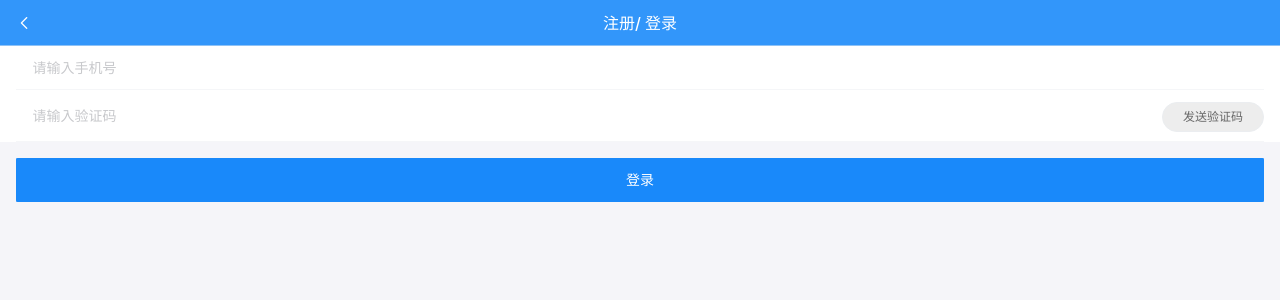
Repository: xn-lb/toutiao-mb
Page: /#/login
An editor plug-in stored every save of this project. The page is shown before and after the next save, followed by the edit.
The browser window is 1280 px wide. The pictures show the whole page.
Some web fonts or font styles are not loaded; a fallback is used. The project was rebuilt for these pictures with package versions that can differ from the ones it lists, and the page was loaded fresh each time. Also part of the build but not shown: vue.config.js.

Above is the page before, as saved 2023-03-23 21:18:38.

### src/main.js
import Vue from 'vue'
import App from './App.vue'
import router from './router'
import store from './store'
// 加载全局样式
import './styles/index.less'
import Vant from 'vant' //加载Vant 组件库
import 'vant/lib/index.css'
import 'amfe-flexible' //加载动态设置  rem 基准值

Vue.use(Vant); //注册使用组件库

Vue.config.productionTip = false

new Vue({
    router,
    store,
    render: h => h(App)
}).$mount('#app')

### src/App.vue
<template>
  <div id="app">
  <!-- 路由的出口 -->
    <router-view></router-view>



  </div>
</template>
<script>
export default {
  name: 'APP'
}
</script>
<style lang="less">

</style>

### src/router/index.js
import Vue from 'vue'
import VueRouter from 'vue-router'



Vue.use(VueRouter)

// 路由表
const routes = [{
        path: '/login',
        name: 'LoginIndex',
        component: () =>
            import ('@/views/login')
    },
    {
        path: '/',
        component: () =>
            import ('@/views/layout/'),
        children: [{
                path: '/qa',
                name: 'qa',
                component: () =>
                    import ('@/views/qa/')
            },
            {
                path: '/video',
                name: 'video',
                component: () =>
                    import ('@/views/video/')
            },
            {
                path: '/my', //默认子路由
                name: 'my',
                component: () =>
                    import ('@/views/my/')
            },
            {
                path: '', //默认子路由
                name: 'home',
                component: () =>
                    import ('@/views/home/')
            }
        ]
    }

]

const router = new VueRouter({
    routes
})

export default router

### src/styles/index.less
// 全局样式文件
// 加载图标样式
@import "./icon.less";

body{
    background-color: #f5f5f9;
}
.app-nav-bar{
    background-color: #3296fa !important;
    .van-nav-bar__title{
        color: #fff;
    }
    .van-icon{
        color:#fff !important;
    }
}

### src/views/login/index.vue
<template>
  <div class="login-container">
    <!-- 导航栏 -->
    <van-nav-bar class="app-nav-bar"
     title=" 注册/ 登录"
     left-arrow
     @click-left="$router.back()"
     />

    <!-- 登录表单 -->
    <van-form >
  <van-field
    v-model="user.mobile"
    name="手机号"
    placeholder="请输入手机号"
   >
      <i slot="left-icon" class="toutiao toutiao-shouji"></i>
   </van-field>
  <van-field
    v-model="user.code"
    name="验证码"
    placeholder="请输入验证码"
  >
   <i slot="left-icon" class="toutiao toutiao-yanzhengma"></i>
   <template #button>
    <van-button size="small" type="default" round class="send-sms-btn">发送验证码</van-button>
  </template>
  </van-field>
  <div style="margin: 16px;">
   <div class="login-btn-wrap">
    <van-button  block type="info" class="login-btn">登录</van-button>
   </div>
  </div>
</van-form>
  </div>
</template>

<script>
import {login} from '@/api/user'

export default {
  name: 'LoginIndex',
  components: {
    onsubmit
  },
  props: {},
  data () {
    return {
      user:{
        mobile:'',//手机号
        code:''//验证码
      }
    }
  },
  computed: {},
  watch: {},
  created () {},
  mounted () {},
  methods: {
    async onsubmit (){
      //1.获取表单数据
      const user = this.user
      //2.表单验证
      //3.提交表单登录
      try{
        const res = await login(user)
        console.log('登录成功', res);
      } catch (err){
        console.log('登录失败', err);
      }

      // 4.根据请求响应结果处理后续操作
    }
  }
}
</script>

<style scoped lang="less">
.page-nav-bar{
  background-color:#3296fa;
}
.login-container{
  .toutiao{
    font-style: 37px;
  }
}
.send-sms-btn{
  background-color: #ededed;
  font-style: 22px;
  color: #666;
  width: 102px;
  height: 30px;
  // line-height: 46;
}
.login-btn-wrap{
  background-color: #6db4fb;
  border: none;
  font-style: 42px;

}
</style>

### src/styles/icon.less
@font-face {
    font-family: "toutiao"; /* Project id 3968849 */
    src: url('//at.alicdn.com/t/c/font_3968849_y288fdc89co.eot?t=1679462277967'); /* IE9 */
    src: url('//at.alicdn.com/t/c/font_3968849_y288fdc89co.eot?t=1679462277967#iefix') format('embedded-opentype'), /* IE6-IE8 */
         url('//at.alicdn.com/t/c/font_3968849_y288fdc89co.woff2?t=1679462277967') format('woff2'),
         url('//at.alicdn.com/t/c/font_3968849_y288fdc89co.woff?t=1679462277967') format('woff'),
         url('//at.alicdn.com/t/c/font_3968849_y288fdc89co.ttf?t=1679462277967') format('truetype'),
         url('//at.alicdn.com/t/c/font_3968849_y288fdc89co.svg?t=1679462277967#toutiao') format('svg');
  }

  .toutiao {
    font-family: "toutiao" !important;
    font-size: 16px;
    font-style: normal;
    -webkit-font-smoothing: antialiased;
    -moz-osx-font-smoothing: grayscale;
  }

  .toutiao-guanbi:before {
    content: "\e601";
  }

  .toutiao-gengduo:before {
    content: "\e602";
  }

  .toutiao-pinglun:before {
    content: "\e603";
  }

  .toutiao-shanchu:before {
    content: "\e604";
  }

  .toutiao-dianzan:before {
    content: "\e605";
  }

  .toutiao-lishi:before {
    content: "\e606";
  }

  .toutiao-shipin:before {
    content: "\e607";
  }

  .toutiao-shoucang:before {
    content: "\e608";
  }

  .toutiao-yanzhengma:before {
    content: "\e609";
  }

  .toutiao-wenda:before {
    content: "\e60a";
  }

  .toutiao-fenxiang:before {
    content: "\e60b";
  }

  .toutiao-youjiantou:before {
    content: "\e60c";
  }

  .toutiao-wuwangluo:before {
    content: "\e60d";
  }

  .toutiao-shouji:before {
    content: "\e60e";
  }

  .toutiao-zuojiantou:before {
    content: "\e60f";
  }

  .toutiao-shouye:before {
    content: "\e610";
  }

  .toutiao-wode:before {
    content: "\e611";
  }

  .toutiao-sousuo:before {
    content: "\e612";
  }

  .toutiao-zuopin:before {
    content: "\e613";
  }

  .toutiao-yuedu:before {
    content: "\e614";
  }

### src/api/user.js
// 用户相关请求模块
import request from "@/utils/request";

export const login = data => {
    return request({
        method: 'POST',
        url: '/v1_0/authotizations',
        data
    })
}

### src/utils/request.js
// 封装axios 请求模块
import axios from "axios"

const request = axios.create({
    baseURL: 'http://toutiao.itheima.net/' //接口的基本路径
})


// 请求拦截器


// 响应拦截器

export default request

Loaded but not shown: public/index.html (common file); src/store/index.js (common file)

After the next save:
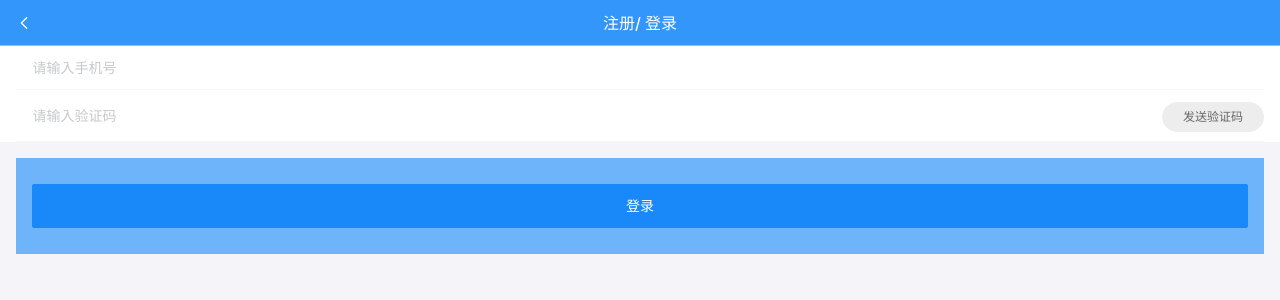
Saved 48 s later.
--- a/src/views/login/index.vue
+++ b/src/views/login/index.vue
@@ -83,6 +83,9 @@ export default {
   .toutiao{
     font-style: 37px;
   }
+  .login-btn-wrap{
+    padding: 26px 16px;
+  }
 }
 .send-sms-btn{
   background-color: #ededed;
